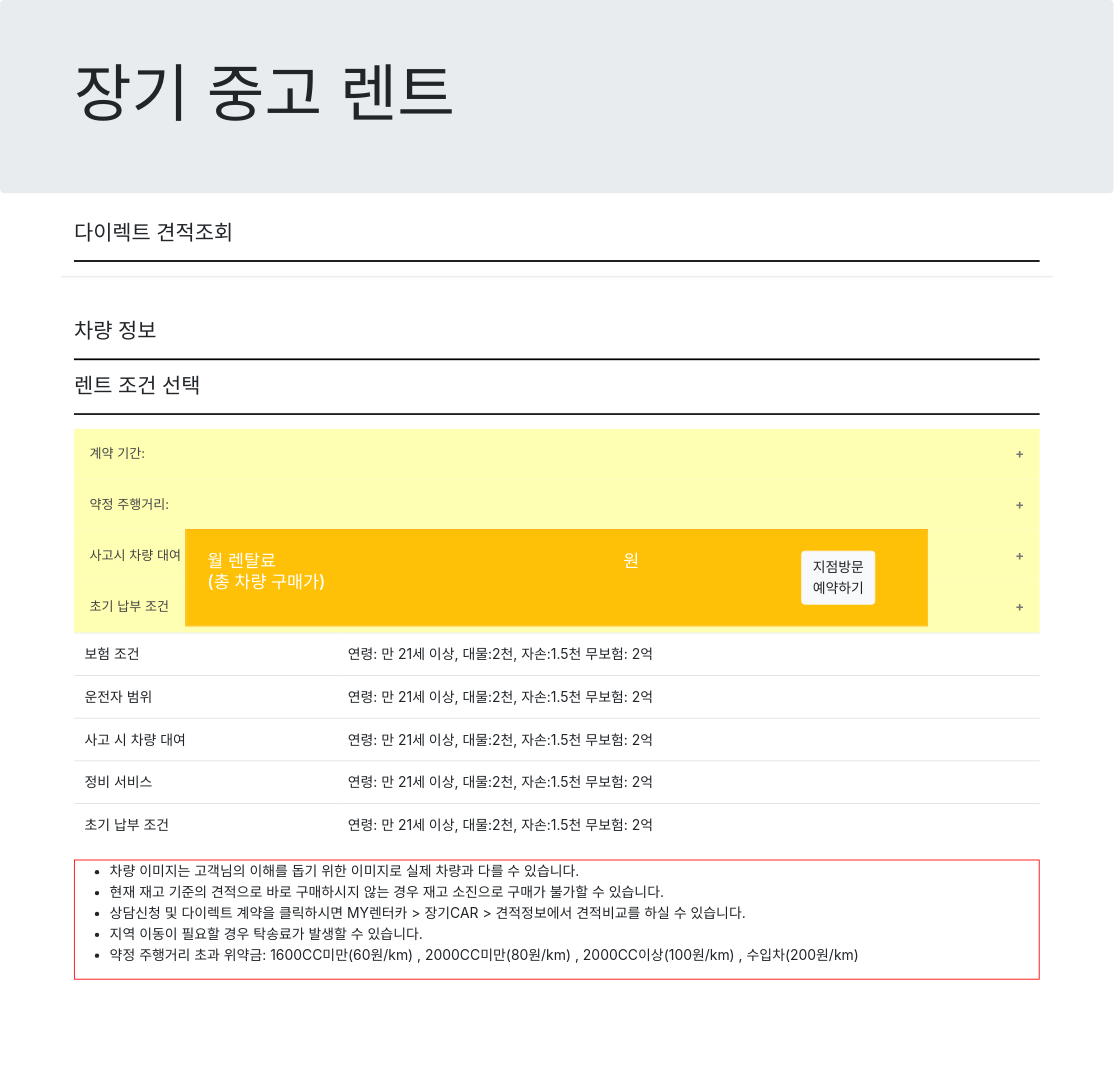
Repository: hyebinkim00/Project
Page: http://localhost/jsp/long_lent_oldcar/carLent.jsp
An editor plug-in stored every save of this project. The page is shown before and after the next save, followed by the edit.
The browser window is 1280 px wide. The pictures show the whole page, at 87% of full size.
The page is served by Tomcat 9. Other server files are loaded and not shown. Queries for data that is not in the repository find no rows.

Above is the page before, as saved 2020-09-22 10:46:59.

### jsp/WebContent/long_lent_oldcar/carLent.jsp
<%@page import="java.net.URLDecoder"%>
<%@page language="java" contentType="text/html; charset=UTF-8" pageEncoding="UTF-8"%>
<%@taglib prefix="c" uri="http://java.sun.com/jsp/jstl/core" %>
<%@taglib prefix="sql" uri="http://java.sun.com/jsp/jstl/sql"  %>
<% request.setCharacterEncoding("utf-8");
//URLEncoder.encode

String carname=request.getParameter("carname");
/* String carname = new String(request.getParameter("carname").getBytes("8859_1"), "EUC-KR"); */

%>

<!DOCTYPE html>
<html>
<head>
<meta name="viewport" content="width=device-width, initial-scale=1">
<style>
.accordion {
  background-color: #ffffb3;
  color: #444;
  cursor: pointer;
  padding: 18px;
  width: 100%;
  border: none;
  text-align: left;
  outline: none;
  font-size: 15px;
  transition: 0.4s;
}

.active, .accordion:hover {
  background-color: #ffff4d;
}

.accordion:after {
  content: '\002B';
  color: #777;
  font-weight: bold;
  float: right;
  margin-left: 5px;
}

.active:after {
  content: "\2212";
}

.panel {
  padding: 0 18px;
  background-color:	#F8F8F8;
  max-height: 0;
  overflow: hidden;
  transition: max-height 0.2s ease-out;
}

div.f{
border: 1px solid red;}
</style>
 <link rel="stylesheet" href="https://maxcdn.bootstrapcdn.com/bootstrap/4.5.2/css/bootstrap.min.css">
<meta charset="UTF-8" />
<title>장기 중고 상세</title>
<script src="https://code.jquery.com/jquery-3.5.1.min.js"></script>
<script src="https://ajax.googleapis.com/ajax/libs/jquery/3.5.1/jquery.min.js"></script>
</head>  <script src="https://maxcdn.bootstrapcdn.com/bootstrap/4.5.2/js/bootstrap.min.js"></script>
<body>
<script type="text/javascript">

		function checkTest1() {

			let testValue = document.getElementById("cntrTermMm1").value;

			document.getElementById("result1").innerHTML = testValue;

		}
</script>

<script type="text/javascript">

		function termtest(cmd) {

			let testValue = document.getElementById(cmd).value;

			document.getElementById("result2").innerHTML = testValue;

		}
</script>

<script type="text/javascript">

		function checkTest3() {

			let testValue = document.getElementById("cntrTermMm3").value;

			document.getElementById("result3").innerHTML = testValue;

		}
</script>


<script type="text/javascript">

		function checkTest4() {
			let testValue = document.getElementById("cntrTermMm4").value;

			let a = document.getElementById("price").value;

			alert(testValue);

			let d= a-(a* testValue);


			alert(d);

			document.getElementById("mprice").value = d;

			document.getElementById("result4").innerHTML=d+'원';
			let o=document.getElementById("mprice").value;

			alert(o);

		}
</script>

<script>
function go(){
	let form= document.userinput;
	form.submit();

}
</script>



	<div class="jumbotron">
		<div class="container">
			<h1 class="display-3">장기 중고 렌트</h1>
		</div>
	</div>

<div class="container">
<h4>다이렉트 견적조회</h4>
<hr style="border: solid 1px black " />

	<div class="row" style="border: 1px solid #eeeeee">
		<sql:setDataSource var="dataSource"
			url="jdbc:oracle:thin:@localhost:1521:XE"
			driver="oracle.jdbc.driver.OracleDriver"
			user="hr" password="hr"/>
			<sql:query var="resultSet" dataSource="${dataSource}">
			select * from member where id=?
			 <sql:param value="${param.carname}"/>
			</sql:query>
			<c:forEach var="row" items="${resultSet.rows}">
			<div class="col-md-5" style="border-spacing: 5px;">

				<img src="../resources/images/${row.carname}.jpg" style="width: 100%;">
			</div>
			<div class="col-md-1">

			</div>
			<div class="col-md-6">
				<br><br>


				<h3>
				<c:out value="${row.carname}"/>
				</h3>

				<hr>
				<table>
					<tr>
						<td colspan="2"><span><strong>모델명</strong></span></td>
						<td><c:out value="${row.carname}"/></td>
					</tr>
					<tr>
						<td colspan="2"><span><strong>소비자 가</strong></span>  &nbsp; &nbsp; &nbsp;</td>
						<td><c:out value="${row.carprice}"/></td>
					</tr>
					<tr>
						<td colspan="2"><span><strong>계약 기간</strong></span></td>
						<td>최대<c:out value="${row.lent}"/>개월</td>
					</tr>
				</table>
				<hr>
				<p>
					표준렌탈료 &nbsp; &nbsp; &nbsp; <font size="5" color="red"> <c:out value="${row.monthprice }" /></font>원
				</p>

			</div>
			<c:set var="lentt" value="${row.lent}"/>

			</c:forEach>
		</div>



		<div>
		<br><br>
			<h4>차량 정보</h4>
			<hr style="border: solid 1px black " />
			<div>
			<sql:query var="resultSet" dataSource="${dataSource}">
			select * from member where id=?
			 <sql:param value="${param.carname}"/>
			</sql:query>
			<c:forEach var="row" items="${resultSet.rows}">
				<table class="table" id="table">
					<tr>
						<th class="bg-light text-dark">제조사</th>
						<td><c:out value="${row.facname}"></c:out></td>
						<th class="bg-light text-dark">차량번호</th>
						<td><c:out value="${row.id}"></c:out></td>
					</tr>
					<tr>
						<th class="bg-light text-dark">차종</th>
						<td><c:out value="${row.carnum}"></c:out></td>
						<th class="bg-light text-dark">최초 등록일</th>
						<td>2017-10-18</td>
					</tr>
					<tr>
						<th class="bg-light text-dark">모델명</th>
						<td colspan="3"><c:out value="${row.carname}"></c:out></td>
					</tr>
					<tr>
						<th class="bg-light text-dark">제조사차량옵션</th>
						<td colspan="3">4단자동변속기</td>
					</tr>
					<tr>
						<th class="bg-light text-dark" >제조사차량옵션2</th>
						<td colspan="3">-</td>
					</tr>
					<tr>
						<th class="bg-light text-dark">연료</th>
						<td><c:out value="${row.fuel}"/></td>
						<th class="bg-light text-dark">지점</th>
						<td><c:out value="${row.lentoffice}"/></td>
					</tr>

				</table>
				<c:set var="car_price" value="${row.monthprice }"> </c:set>
				<c:set var="car_name" value="${row.carname }"> </c:set>
				<c:set var="lent_office" value="${row.lentoffice }"> </c:set>
				<c:set var="prices" value="${row.carprice }"> </c:set>
				</c:forEach>
			</div>


		</div>

<div>
<h4> 렌트 조건 선택 </h4>
<hr style="border: solid 1px black " />


<form method="post" action="shortTerm_payment_completed.jsp" name="userinput" >

<input type="hidden" id="car" name="car" value="${param.carname}">
<input type="hidden" id="carn" name="carn" value="${car_name}">
<input type="hidden" id="carof" name="carof" value="${lent_office}">

<button type="button" class="accordion">계약 기간: &nbsp;&nbsp;&nbsp;<span id="result1"></span></button>
<div class="panel"><span>차량 운행할수 있는 총 대여기간: &nbsp; &nbsp; &nbsp; &nbsp;</span>
<select name="cntrTermMm1" id="cntrTermMm1" class="option01" onchange="checkTest1()" >
<c:forEach var="i" begin="1" end="${lentt}">
<option value="<c:out value="${i}"/>개월"><c:out value="${i}"/>개월</option>	</c:forEach>

</select>
</div>

<button type="button" class="accordion">약정 주행거리: <span id="result2"></span></button>
<div class="panel"><span>계약기간 총 주행거리 초과 시 위약금 발생  </span>
<br><br>
<input class ="btn btn-outline-warning" type="button" id="lent_term1" name="lent_term1" value="월  2천  Km 이하" onclick="termtest('lent_term1')">
<input class ="btn btn-outline-warning" type="button" id="lent_term2" name="lent_term2" value="월  3천  Km 이하" onclick="termtest('lent_term2')">
<input class ="btn btn-outline-warning" type="button" id="lent_term3" name="lent_term3" value="월  4천  Km 이하" onclick="termtest('lent_term3')">
<br><br>
</div>

<button type="button" class="accordion">사고시 차량 대여  <span id="result3"></span></button>
<div class="panel"><span>사고 발생시 대차 서비스 </span>
<select  name="cntrTermMm3" id="cntrTermMm3"  class="option03" onchange="checkTest3()" >
<option value="yes">포함</option>
<option value="no">불 포함</option>
</select>
</div>

<button type="button" class="accordion">초기 납부 조건 </button>
<div class="panel"><span>보증금을 보증보험으로 대체(보증보험 수수료 발생) </span>
<select  name="cntrTermMm4" id="cntrTermMm4"  class="option04" onchange="checkTest4()" >
<option value="0">보증 보험</option>
<option value="0.05">보증금 5%</option>
<option value="0.1">보증금 10%</option>
<option value="0.2">보증금 20%</option>
</select>

<input type="hidden" id="price" name="price" value="${car_price}">
<input type="hidden" id="mprice" name="mprice">
</div>



</form>

</div>




<table class="table talbe-hover">
<tr><td>보험 조건</td><td>연령: 만 21세 이상, 대물:2천, 자손:1.5천 무보험: 2억</td></tr>
<tr><td>운전자 범위</td><td>연령: 만 21세 이상, 대물:2천, 자손:1.5천 무보험: 2억</td></tr>
<tr><td>사고 시 차량 대여</td><td>연령: 만 21세 이상, 대물:2천, 자손:1.5천 무보험: 2억</td></tr>
<tr><td>정비 서비스</td><td>연령: 만 21세 이상, 대물:2천, 자손:1.5천 무보험: 2억</td></tr>
<tr><td>초기 납부 조건</td><td>연령: 만 21세 이상, 대물:2천, 자손:1.5천 무보험: 2억</td></tr>
</table>

<div class="f">
<ul>
<li>차량 이미지는 고객님의 이해를 돕기 위한 이미지로 실제 차량과 다를 수 있습니다.</li>
<li>현재 재고 기준의 견적으로 바로 구매하시지 않는 경우 재고 소진으로 구매가 불가할 수 있습니다.</li>
<li>상담신청 및 다이렉트 계약을 클릭하시면 <span class="cl-point2">MY렌터카 &gt; 장기CAR &gt; 견적정보</span>에서 견적비교를 하실 수 있습니다.</li>
<li>지역 이동이 필요할 경우 탁송료가 발생할 수 있습니다.</li>
<li>약정 주행거리 초과 위약금: 1600CC미만(60원/km) , 2000CC미만(80원/km) , 2000CC이상(100원/km) , 수입차(200원/km)</li>
</ul>

</div>




</div>



 <br><br><br><br><br>
<div class="container col-sm-8 fixed-bottom "  style="border:1px solid orange;">

  <div class="row d-flex p-3 bg-warning text-white ">
    <div class="col-sm-4 p-2 bg-warning"><h5>월 렌탈료<br>(총 차량 구매가)</h5></div>
    <div class="col-sm-3 p-2 bg-warning"><br></div>
    <div class="col-sm-2 p-2 bg-warning"><h5><span id="result4"><c:out value="${car_price}" />원</span><br><c:out value="${prices}" /></h5></div>
    <div class="col-sm-1 p-2 bg-warning"><br></div>
    <div class="col-sm-2 p-2 bg-warning"><button class="btn btn-light" onclick="go()">지점방문<br>예약하기</button></div>
  </div>


  <c:remove var="car_price"/>
<c:remove var="lentt"/>
<c:remove var="car_name"/>
<c:remove var="lent_office"/>
</div>






<script>
var acc = document.getElementsByClassName("accordion");
var i;

for (i = 0; i < acc.length; i++) {
  acc[i].addEventListener("click", function() {
    this.classList.toggle("active");
    var panel = this.nextElementSibling;
    if (panel.style.maxHeight) {
      panel.style.maxHeight = null;
    } else {
      panel.style.maxHeight = panel.scrollHeight + "px";
    }
  });
}
</script>

</body>
</html>

After the next save:
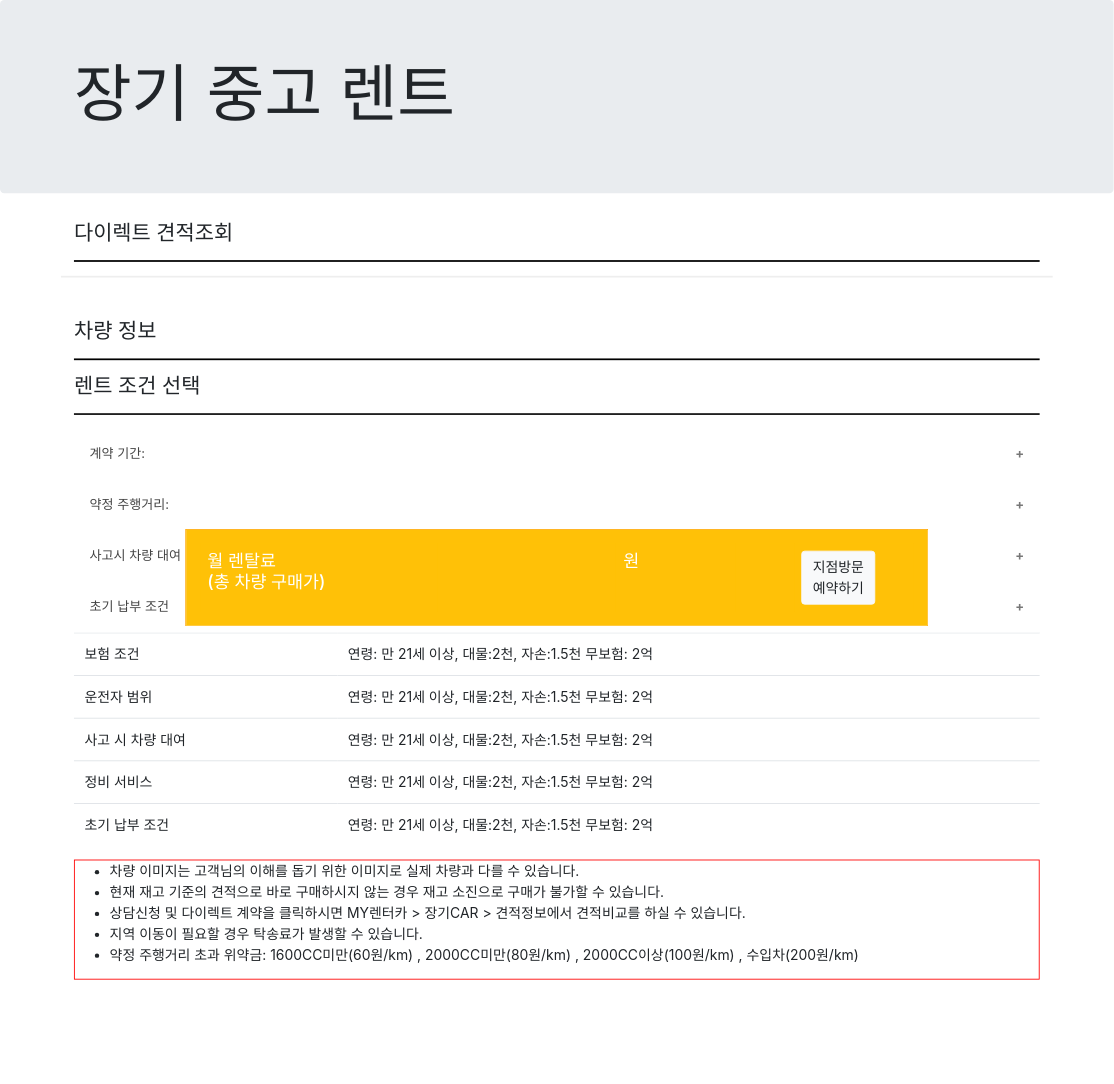
Saved 49 s later.
--- a/jsp/WebContent/long_lent_oldcar/carLent.jsp
+++ b/jsp/WebContent/long_lent_oldcar/carLent.jsp
@@ -16,7 +16,7 @@ String carname=request.getParameter("carname");
 <meta name="viewport" content="width=device-width, initial-scale=1">
 <style>
 .accordion {
-  background-color: #ffffb3;
+  background-color: white;
   color: #444;
   cursor: pointer;
   padding: 18px;
